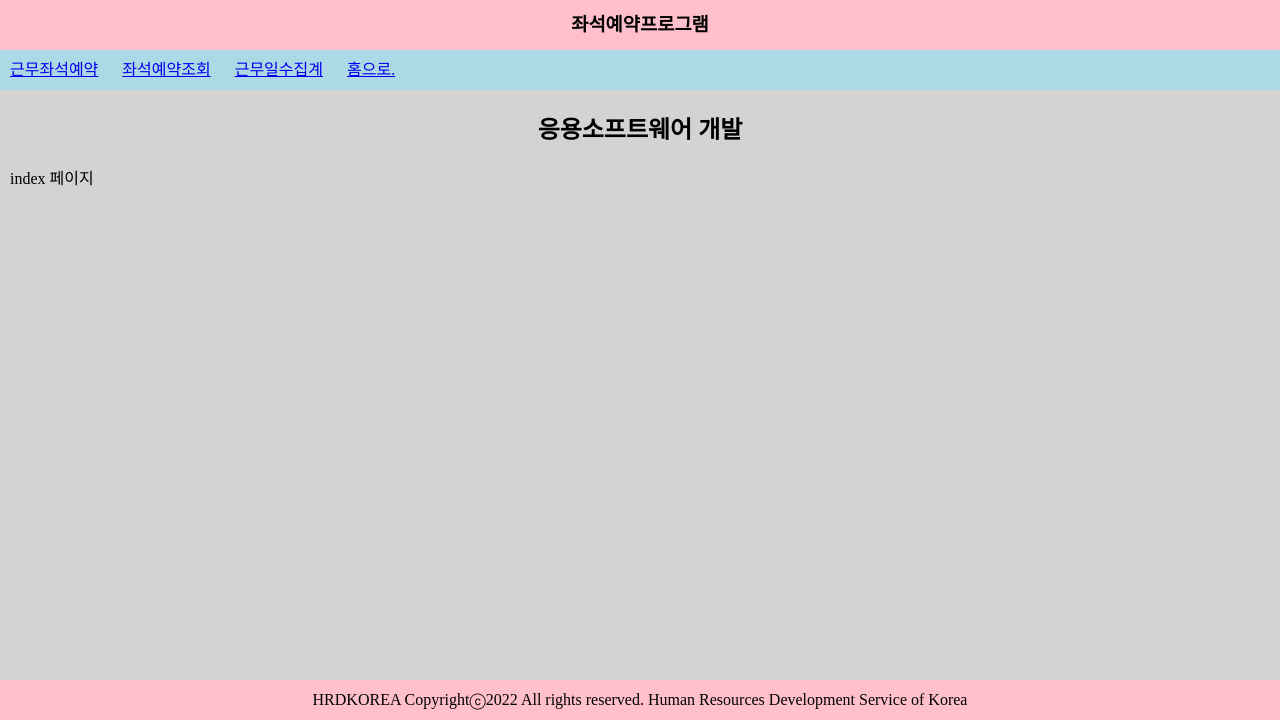
Repository: seowonjong/proje-ct
Page: http://localhost/seat/
The author's editor kept a copy of each file at every save. The page is drawn from the files as they stood at one save, then again after the next save.
The browser window is 1280 px wide. The pictures show the whole page.
The page is served by Tomcat 9.

Above is the page before, as saved 2025-08-25 01:44:21.

After the next save:
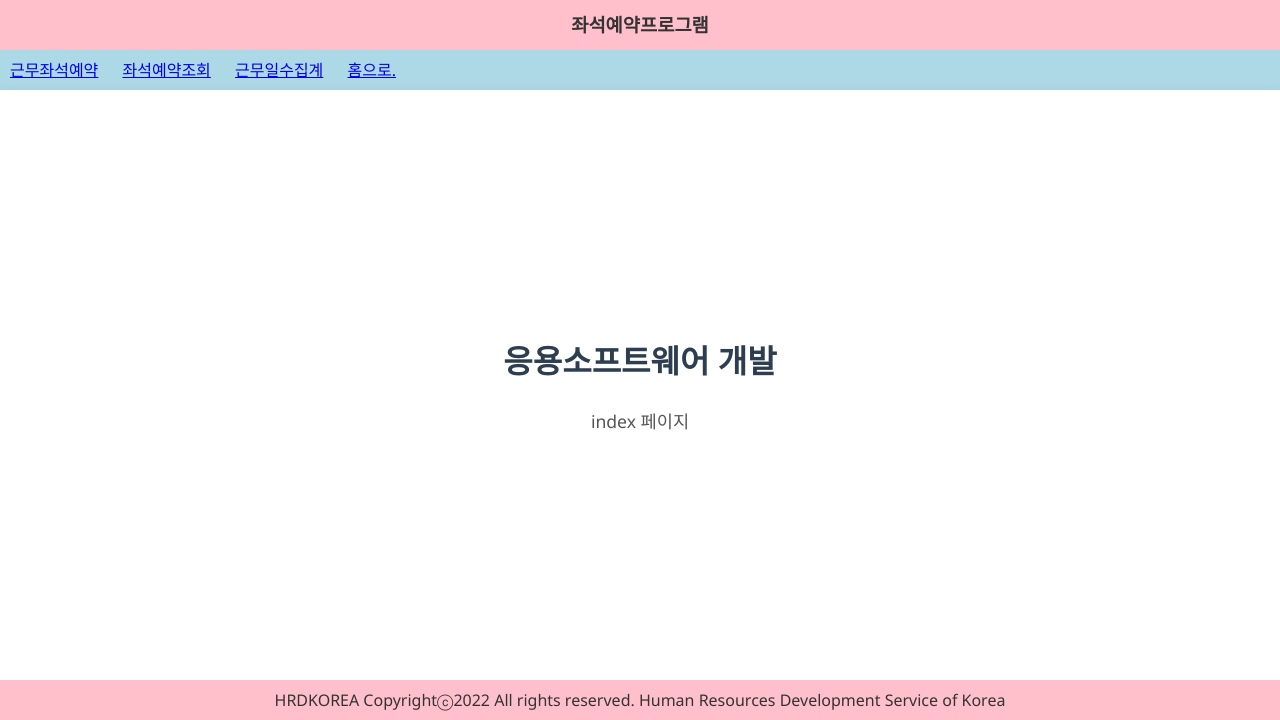
Saved 6 min 23 s later.
--- a/seat/src/main/webapp/index.jsp
+++ b/seat/src/main/webapp/index.jsp
@@ -6,40 +6,67 @@
 <meta charset="UTF-8">
 <title>index</title>
 <style>
-	*{
+	* {
 		margin: 0;
 		padding: 0;
+		box-sizing: border-box;
+		font-family: 'Segoe UI', Tahoma, Geneva, Verdana, sans-serif;
 	}
 
-	section{
-		width: 100%;
-		height: calc(100vh - 130px);
-		background-color: lightgray;
-
+	body {
+		background-color: #f5f5f5;
+		color: #333;
+		line-height: 1.6;
 	}
 
-	section h2{
-		padding: 20px;
+	section {
+		width: 100%;
+		min-height: calc(100vh - 130px);
+		background: #ffffff;
+		padding: 40px 20px;
+		box-shadow: 0 0 10px rgba(0, 0, 0, 0.05);
+		display: flex;
+		flex-direction: column;
+		align-items: center;
+		justify-content: center;
 		text-align: center;
 	}
-	section p{
-		padding-left: 10px;
+
+	section h2 {
+		font-size: 2rem;
+		margin-bottom: 20px;
+		color: #2c3e50;
 	}
 
+	section p {
+		font-size: 1.1rem;
+		color: #555;
+	}
 
+	@media (max-width: 768px) {
+		section {
+			padding: 30px 15px;
+		}
+
+		section h2 {
+			font-size: 1.5rem;
+		}
+
+		section p {
+			font-size: 1rem;
+		}
+	}
 </style>
 </head>
 <body>
 	<jsp:include page="header.jsp"></jsp:include>
 	<jsp:include page="nav.jsp"></jsp:include>
+
 	<section>
-		<h2> 응용소프트웨어 개발 </h2>
+		<h2>응용소프트웨어 개발</h2>
+		<p>index 페이지</p>
+	</section>
 
-		<p>
-		index 페이지
-		</p>
-
-	</section>
 	<jsp:include page="footer.jsp"></jsp:include>
 </body>
 </html>
